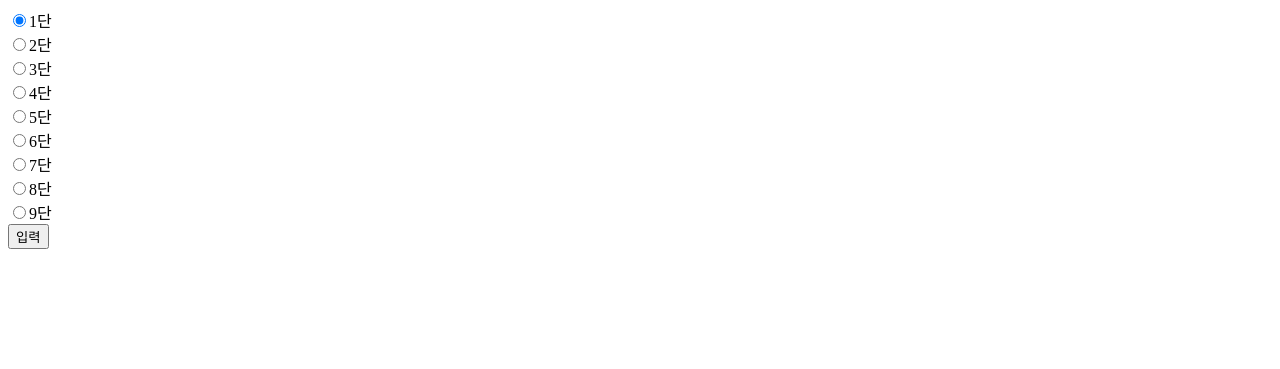
Repository: YooMyeongSeon/JSP_Servlet_Study
Page: web01/WebContent/Quiz_03.html
The author's editor kept a copy of each file at every save. The page is drawn from the files as they stood at one save, then again after the next save.
The browser window is 1280 px wide. The pictures show the whole page.

Above is the page before, as saved 2022-06-09 07:32:10.

After the next save:
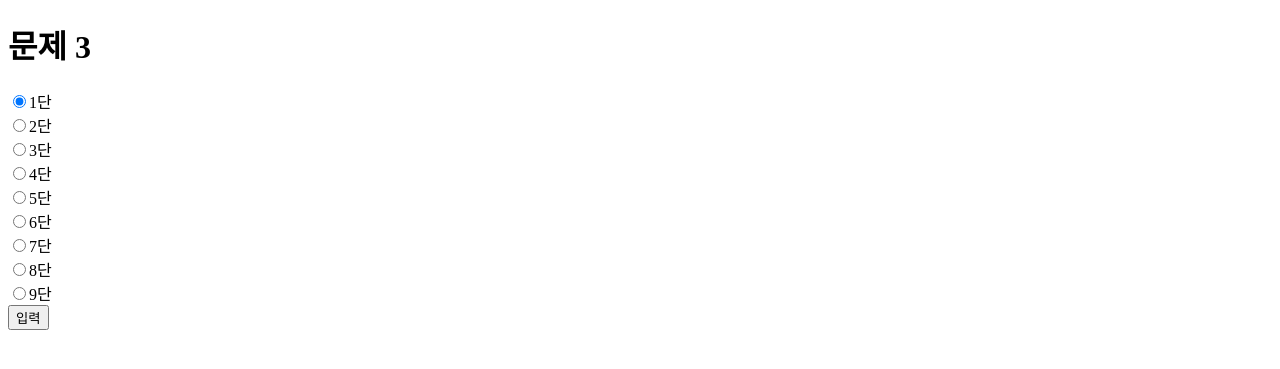
Saved 6 s later.
--- a/web01/WebContent/Quiz_03.html
+++ b/web01/WebContent/Quiz_03.html
@@ -5,6 +5,7 @@
 <title>Insert title here</title>
 </head>
 <body>
+	<h1>문제 3</h1>
 	<form action="Quiz_03" method="get">
 		<label><input type="radio" name="dan" value="dan1" checked>1단</label><br>
 		<label><input type="radio" name="dan" value="dan2">2단</label><br>
